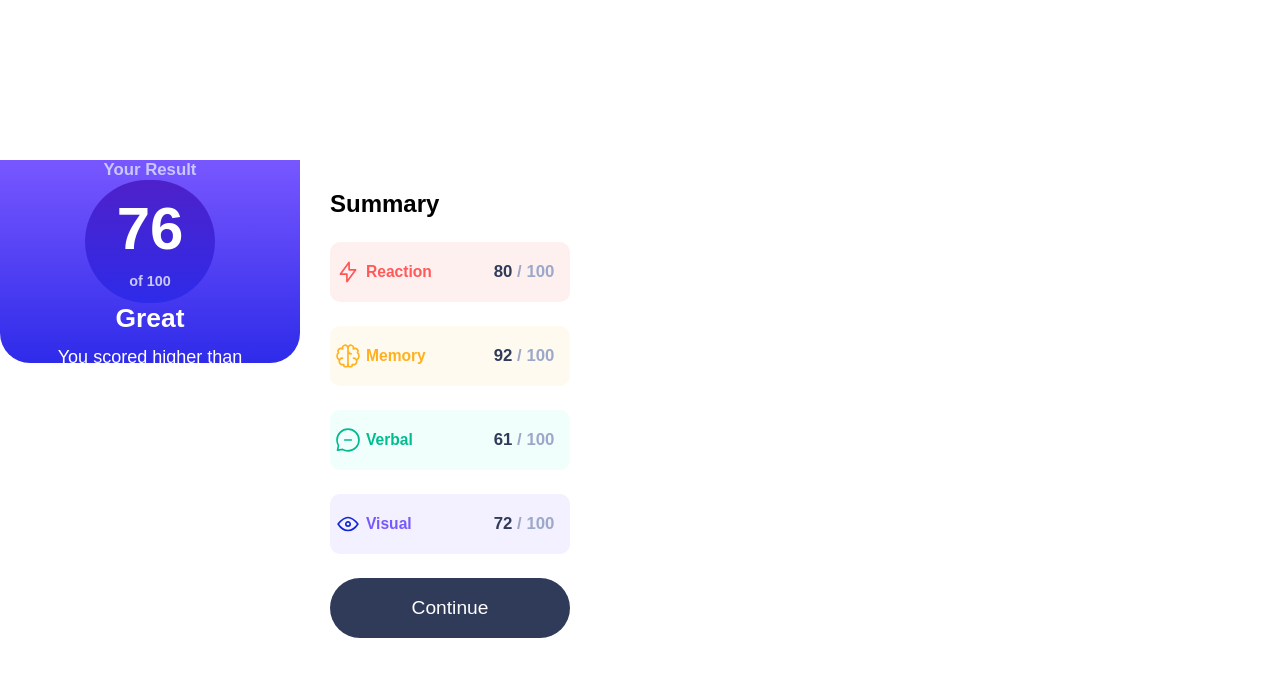
Repository: limaneto/frontend-mentor-results-summary
Page: index.html
These files come from the project's save history. The page is drawn as it stood at one moment and after the next save; the edit follows.
The browser window is 1280 px wide. The pictures show the whole page.

Above is the page before, as saved 2023-11-06 10:30:57.

### index.html
<!DOCTYPE html>
<html lang="en">
  <head>
    <meta charset="UTF-8">
    <meta name="viewport" content="width=device-width, initial-scale=1.0">
    <link rel="stylesheet" href="style.css">
  </head>
  <body>
    <main>
      <section id='result'>
        <h1>Your Result</h1>
        <span id='score'>
          <h2>76</h2>
          <h3>of 100</h3>
        </span>
        <span id='score-message'>
          <h4>Great</h4>
          <h5>You scored higher than 65% of the people who have taken these tests.</h5>
        </span>
      </section>
      <summary>
        <h2>Summary</h2>
        <ul>
          <li id='reaction'>
            <img id='icons' src="./assets/images/icon-reaction.svg" alt="Lightning">
            Reaction
            <span>
              80 <span>/ 100</span>
            </span>
          </li>
          <li id='memory'>
            <img id='icons' src="./assets/images/icon-memory.svg" alt="Brain">
            Memory
            <span>
              92 <span>/ 100</span>
            </span>
          </li>
          <li id='verbal'>
            <img id='icons' src="./assets/images/icon-verbal.svg" alt="Cloud">
            Verbal
            <span>
              61 <span>/ 100</span>
            </span>
          </li>
          <li id='visual'>
            <img id='icons' src="./assets/images/icon-visual.svg" alt="Eye">
            Visual
            <span>
              72 <span>/ 100</span>
            </span>
          </li>
        </ul>
        <button>Continue</button>
      </summary>
    </main>
  </body>
</html>

### style.css
:root {
  --red: #ff5959;
  --orangey:	#ffb01f;
  --green: #00bd91;
  --blue: #1125d4;
  --pale-blue: #ebf1ff;
  --white: #ffffff;
  --dark-gray-blue: #303b5a;
  --lavender: #c8c7ff;
  --g-slate-blue: #7857ff;
  --g-royal-blue: #2e2be9;
  --g-violet-blue: #4e21ca;
  --g-persian-blue: #2421ca;
}

@font-face {
  font-family: 'HankenGrotesk', sans-serif;
  src: url(./assets/fonts//HankenGrotesk-VariableFont_wght.ttf);
}

* {
  box-sizing: border-box;
  margin: 0;
  padding: 0;
}

html, body {
  font-size: 62.5%;
  font-family: 'HankenGrotesk', sans-serif;
  height: 100vh;
  width: 100vw;
}

li {
  display: block;
}

main {
  height: 100%;
  width: 100%;
}

section {
  display: flex;
  flex-direction: column;
  align-items: center;
  justify-content: space-evenly;
  height: 40%;
  background: linear-gradient(0deg, var(--g-royal-blue), var(--g-slate-blue));
  border-bottom-left-radius: 30px;
  border-bottom-right-radius: 30px;
  color: var(--white);
}

section > h1 {
  font-size: 1.4rem;
  color: var(--lavender);
}

#score {
  display: flex;
  flex-direction: column;
  justify-content: center;
  gap: 10px;
  text-align: center;
  height: 130px;
  width: 130px;
  border-radius: 6rem;
  background: linear-gradient(180deg, var(--g-violet-blue), var(--g-royal-blue));
}

#score > h2 {
  font-size: 2rem;
  font-size: 5rem;
}

#score > h3 {
  font-size: 1.2rem;
  color: var(--lavender);
}

#score-message {
  height: 60px;
  text-align: center;
}

#score-message > h4 {
  font-size: 2.2rem;
}

#score-message > h5 {
  padding: 10px 4rem;
  line-height: 2.2rem;
  font-size: 1.5rem;
  font-weight: 400;
  margin-bottom: 10px;
}

summary {
  padding: 30px;
}

summary > h2 {
  font-size: 2rem;
}

summary > ul > li {
  font-size: 1.3rem;
  font-weight: bold;
  display: flex;
  align-items: center;
  width: 100%;
  height: 60px;
  border-radius: 10px;
  background-color: #00bd91;
  margin: 24px 0;
}

#reaction {
  color: var(--red);
  background-color: hsl(0, 100%, 97%);
}

#memory {
  color: var(--orangey);
  background-color: hsl(39, 100%, 97%);
}

#verbal {
  color: var(--green);
  background-color: hsl(166, 100%, 97%);
}

#visual {
  color: var(--g-slate-blue);
  background-color: hsl(252, 100%, 97%);
}

#icons {
  width: 15%;
  height: 2.2rem;
}

li > span {
  color: var(--dark-gray-blue);
  font-size: 1.4rem;
  margin-right: 1.3rem;
  margin-left: auto;
}

li > span > span {
  color: hsl(224, 30%, 70%);
}

summary > button {
  background-color: var(--dark-gray-blue);
  width: 100%;
  height: 60px;
  color: var(--white);
  border: none;
  border-radius: 3.2rem;
  font-size: 1.6rem;
}

@media screen and (min-width: 768px) {
  html, body {
    display: flex;
    align-items: center;
    justify-self: center;
    font-size: 75%;
  }

  main {
    max-width: 600px;
    max-height: 400px;
    display: grid;
    place-self: center;
    grid-template-columns: 1fr 1fr;
  }

}

After the next save:
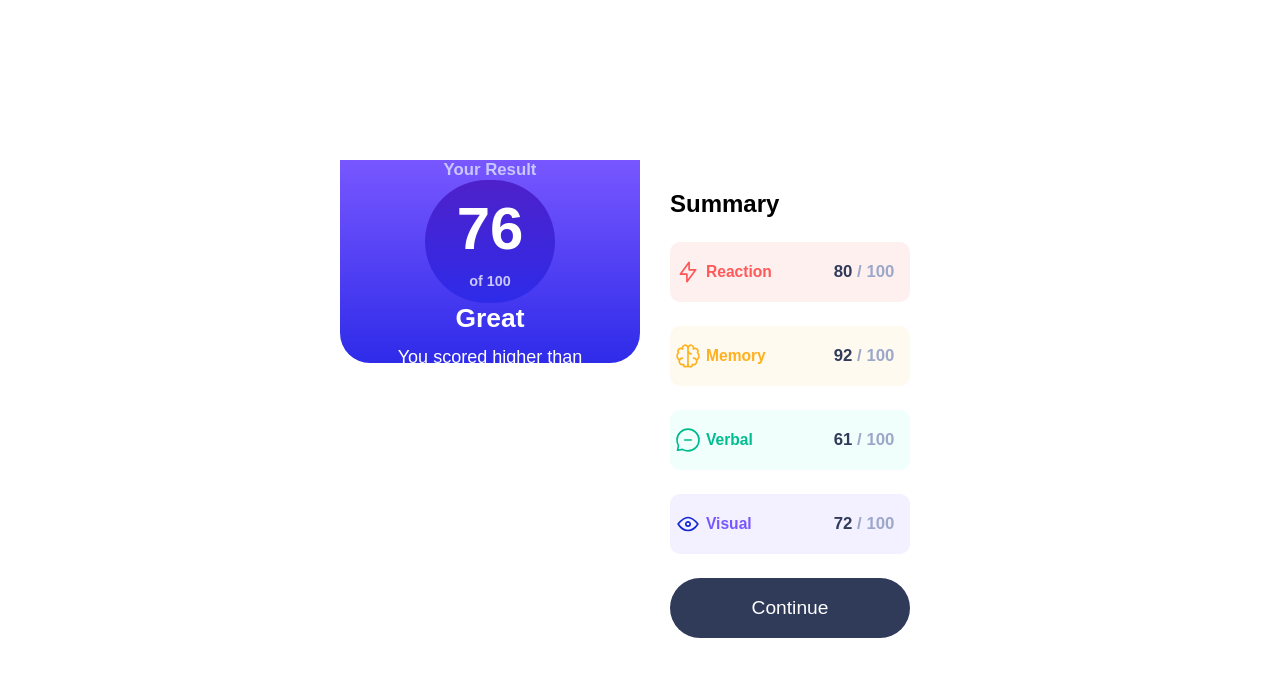
Saved 17 s later.
--- a/style.css
+++ b/style.css
@@ -166,7 +166,7 @@ summary > button {
   html, body {
     display: flex;
     align-items: center;
-    justify-self: center;
+    justify-content: center;
     font-size: 75%;
   }
 
